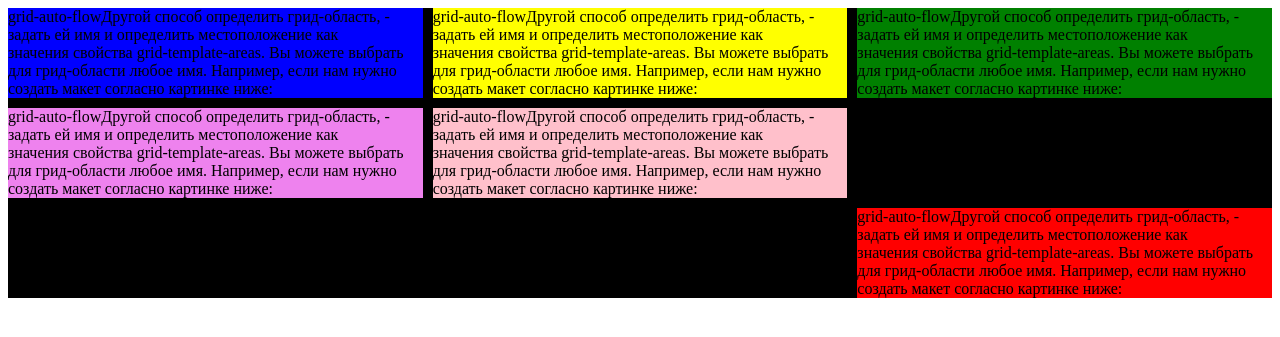
Repository: IrinaGetmanenko/week6
Page: tables.html
These files come from the project's save history. The page is drawn as it stood at one moment and after the next save; the edit follows.
The browser window is 1280 px wide. The pictures show the whole page.

Above is the page before, as saved 2022-09-02 11:58:52.

After the next save:
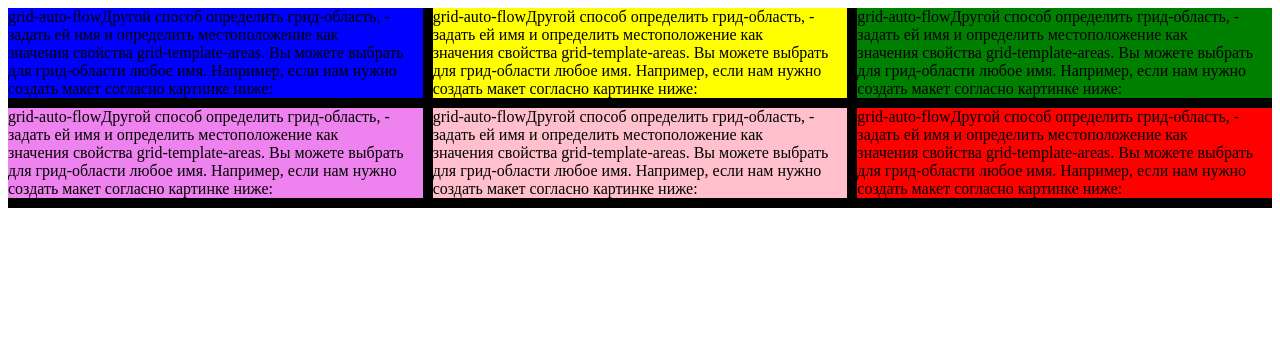
Saved 8 s later.
--- a/tables.html
+++ b/tables.html
@@ -21,7 +21,7 @@
     grid-column-start: 3;
     grid-column-end: 4;
     grid-row-start:3 ;
-    grid-row-end:5 ;
+    grid-row-end:2 ;
 }
 .grid-item2 {
     background-color: blue;

After the save that followed:
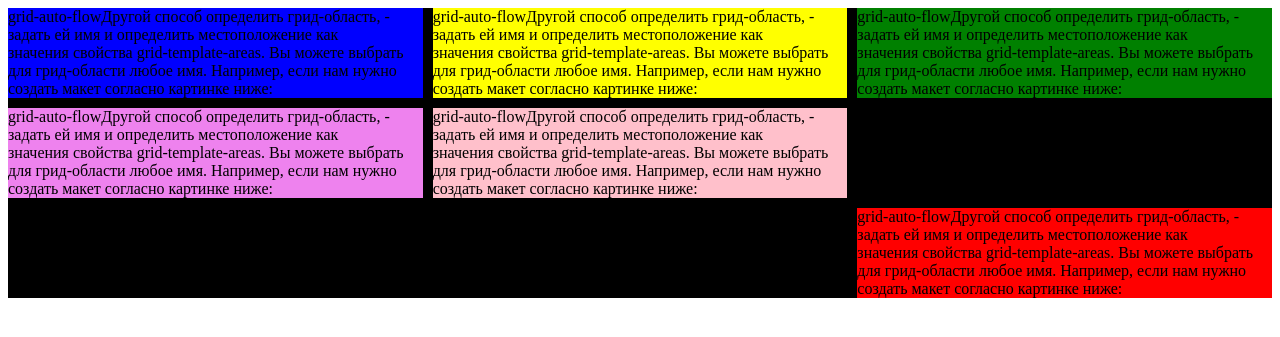
Saved 12 s later.
--- a/tables.html
+++ b/tables.html
@@ -21,7 +21,7 @@
     grid-column-start: 3;
     grid-column-end: 4;
     grid-row-start:3 ;
-    grid-row-end:2 ;
+    grid-row-end:4 ;
 }
 .grid-item2 {
     background-color: blue;
